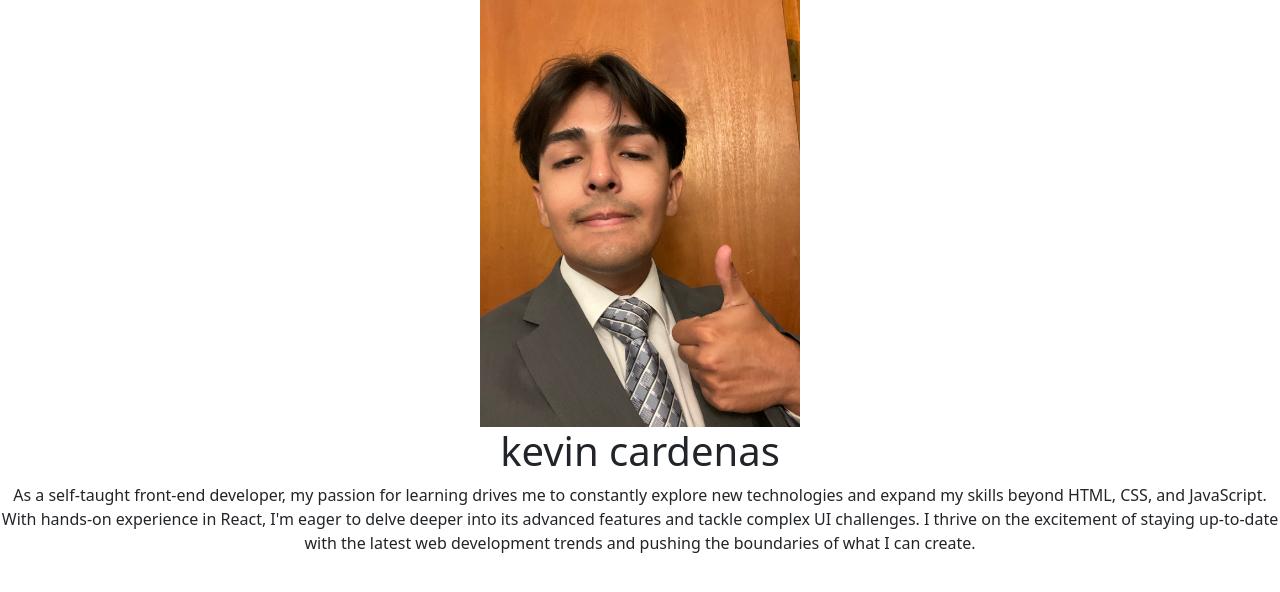
Repository: elqueben/elqueben.github.io
Page: public/index.html
These files come from the project's save history. The page is drawn as it stood at one moment and after the next save; the edit follows.
The browser window is 1280 px wide. The pictures show the whole page.

Above is the page before, as saved 2023-06-20 11:43:33.

After the next save:
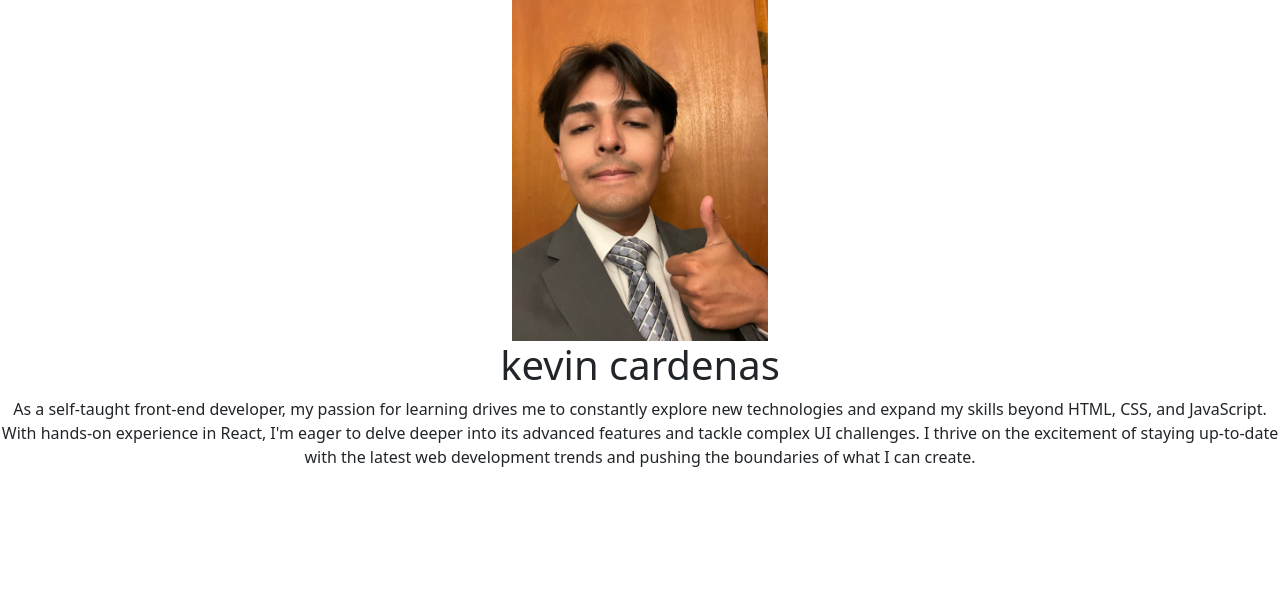
Saved 9 s later.
--- a/public/styles.css
+++ b/public/styles.css
@@ -1,5 +1,5 @@
 #pfp {
-    width: 25%;
+    width: 20%;
     display: block;
     margin: 0 auto;
   }
